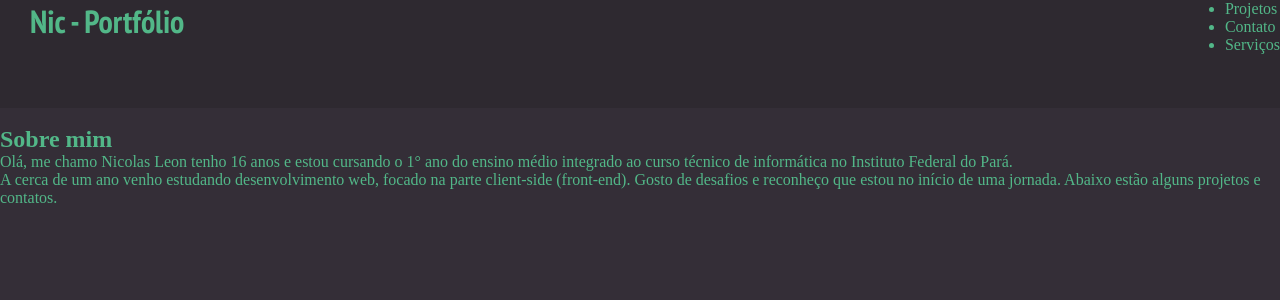
Repository: Leonngc/portfolio
Page: index.html
An editor plug-in stored every save of this project. The page is shown before and after the next save, followed by the edit.
The browser window is 1280 px wide. The pictures show the whole page.

Above is the page before, as saved 2022-12-02 10:05:56.

### index.html
<!DOCTYPE html>
<html lang="en">

<head>
    <meta charset="UTF-8">
    <meta http-equiv="X-UA-Compatible" content="IE=edge">
    <meta name="viewport" content="width=device-width, initial-scale=1.0">
    <meta name="keywords" content="portfolio, web, dev, website, desenvolvedor">
    <meta name="description" content="Meu portfolio de desenvolvedor web">
    <title>Nic Portfólio</title>
    <link rel="stylesheet" href="home.css">
</head>

<body>
    <header>
        <h1>Nic - Portfólio</h1>
        <nav class="menu">
            <ul>
                <li>Projetos</li>
                <li>Contato</li>
                <li>Serviços</li>
            </ul>
        </nav>
    </header>
    <section>
        <span>
            <img src="" alt="">
        </span>
    </section>

    <section>
        <h2>Sobre mim</h2>
        <p>Olá, me chamo Nicolas Leon tenho 16 anos e estou cursando o 1° ano do ensino médio integrado ao curso técnico de informática no Instituto Federal do Pará. <br> A cerca de um ano venho estudando desenvolvimento web, focado na parte client-side (front-end). Gosto de desafios e reconheço que estou no início de uma jornada. Abaixo estão alguns projetos e contatos.</p>
    </section>


</body>

</html>

### home.css
@import url('https://fonts.googleapis.com/css2?family=PT+Sans+Narrow:wght@400;700&display=swap');
:root{
    --background:#342E37;
    --letters: #52B788;
}
*{
    margin: 0;
    padding: 0;
}
body{
    background-color: var(--background);
    color: var(--letters);
}

header{
    display: flex;
    flex-wrap: wrap;
    justify-content: space-between;
    background-color: #2e2930;
    height: 15vh;
}

header > h1{
    font-family:'PT Sans Narrow', sans-serif;
    margin-left: 30px;
}

After the next save:
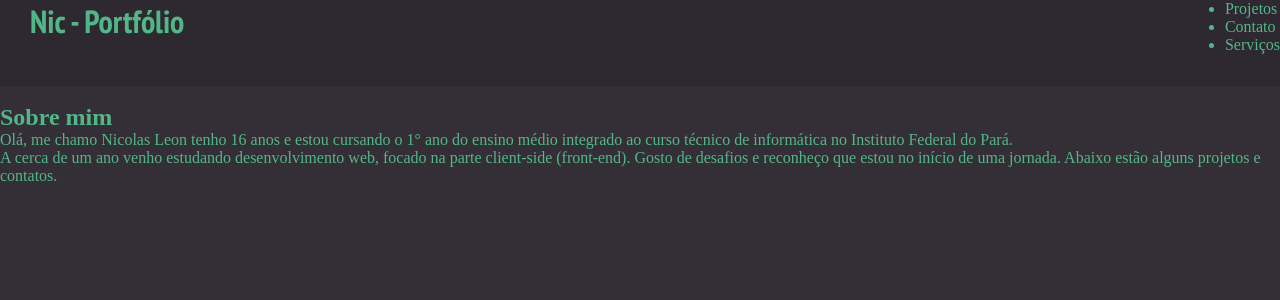
Saved 6 s later.
--- a/home.css
+++ b/home.css
@@ -17,7 +17,7 @@
     flex-wrap: wrap;
     justify-content: space-between;
     background-color: #2e2930;
-    height: 15vh;
+    height: 12vh;
 }
 
 header > h1{
